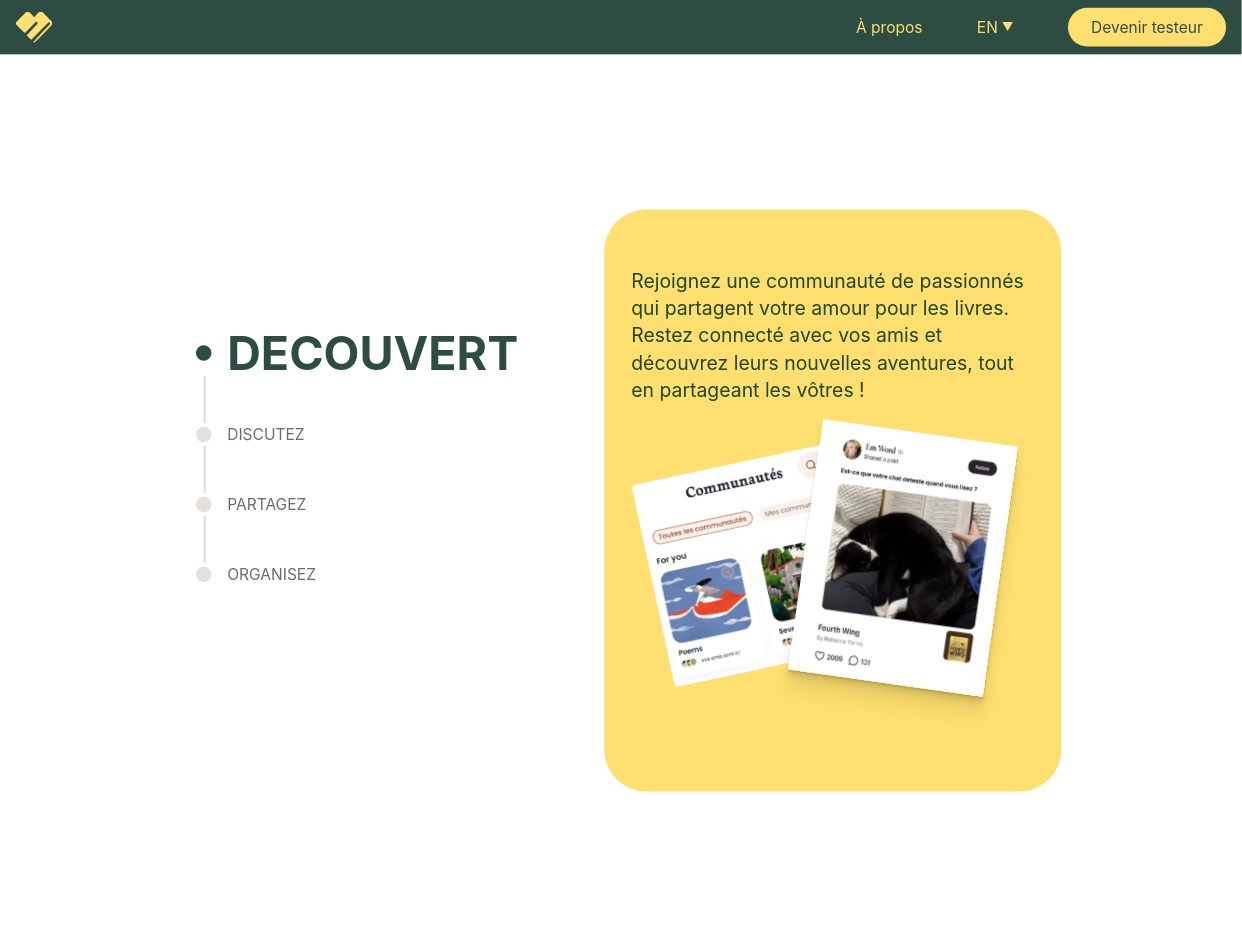
Repository: enas-elm/bookish-landing
Page: /
An editor plug-in stored every save of this project. The page is shown before and after the next save, followed by the edit.
The browser window is 1280 px wide. The pictures show the whole page, at 97% of full size.
The project was rebuilt for these pictures with package versions that can differ from the ones it lists, and the page was loaded fresh each time.

Above is the page before, as saved 2024-09-12 11:24:55.

### src/index.css
@tailwind base;
@tailwind components;
@tailwind utilities;

body {
  margin: 0;
  font-family: -apple-system, BlinkMacSystemFont, 'Segoe UI', 'Roboto', 'Oxygen',
    'Ubuntu', 'Cantarell', 'Fira Sans', 'Droid Sans', 'Helvetica Neue',
    sans-serif;
  -webkit-font-smoothing: antialiased;
  -moz-osx-font-smoothing: grayscale;
}

code {
  font-family: source-code-pro, Menlo, Monaco, Consolas, 'Courier New',
    monospace;
}

@layer base {
  @font-face {
      font-family: 'DM Sans Italic';
      src: url('../public/font/DMSans-VariableFont_opsz,wght.ttf') format('truetype');
      font-weight: 100 900;
       font-style: italic;
  }
  @font-face {
        font-family: "Passion One";
        src: url('../public/font/PassionOne-Regular.ttf') format('truetype');
        font-weight: normal;
        font-style: normal;
    }
    @font-face {
            font-family: "DM Display";
            src: url('../public/font/DMSerifDisplay-Regular.ttf') format('truetype');
            font-weight: normal;
            font-style: normal;
        }
    @font-face {
                font-family: "Inter";
                src: url('../public/font/Inter-VariableFont_opsz,wght.ttf') format('truetype');
                font-weight: 700;
            }
}

### src/App.js
import "./App.css";
import Navbar from "./components/Navbar";
import "./index.css";
import TimeLine from "./components/TimeLine";

function App() {
  return (
    <div className="App">
      <header className="header">
        <Navbar />
      </header>
      <TimeLine />
    </div>
  );
}

export default App;

### src/components/Navbar.js
import React, { useState, useRef, useEffect } from 'react'

const Navbar = () => {
  const [language, setLanguage] = useState('EN')
  const [dropdownOpen, setDropdownOpen] = useState(false)
  const dropdownRef = useRef(null)

  const toggleDropdown = () => {
    setDropdownOpen(!dropdownOpen)
  };

  const selectLanguage = (lang) => {
    setLanguage(lang)
    setDropdownOpen(false)
  };

  useEffect(() => {
    const handleClickOutside = (event) => {
      if (dropdownRef.current && !dropdownRef.current.contains(event.target)) {
        setDropdownOpen(false)
      }
    };
    document.addEventListener('mousedown', handleClickOutside)
    return () => {
      document.removeEventListener('mousedown', handleClickOutside)
    };
  }, [])

  return (
    <nav className="w-full bg-green px-4 py-2 flex justify-between items-center">
      <div className="flex-shrink-0">
        <img src="/Vector-jaune.svg" alt="Bookish" className="h-8" />
      </div>

      <div className="flex items-center gap-5 justify-end space-x-6">
        <a href="/about" className="hover:underline text-yellow">
          À propos
        </a>
        <div className="relative" ref={dropdownRef}>
          <button
            className="bg-transparent text-yellow px-3 py-1 focus:outline-none flex items-center gap-1"
            onClick={toggleDropdown}
          >
            {language} <span className="text-xs">▼</span>
          </button>

          {dropdownOpen && (
            <div className="absolute right-0 mt-2 py-2 w-32 bg-white text-black rounded-md shadow-lg z-10">
              <button
                className={`block w-full text-left px-4 py-2 hover:bg-gris ${language === 'EN' ? 'bg-gris' : ''}`}
                onClick={() => selectLanguage('EN')}
              >
                EN
              </button>
              <button
                className={`block w-full text-left px-4 py-2 hover:bg-gris ${language === 'FR' ? 'bg-gris' : ''}`}
                onClick={() => selectLanguage('FR')}
              >
                FR
              </button>
            </div>
          )}
        </div>

        <button className="bg-yellow text-green px-6 py-2 rounded-full hover:bg-yellow-500 hover:scale-105 hover:shadow-lg transition transform duration-300 ease-in-out">
          Devenir testeur
        </button>
      </div>
    </nav>
  )
}

export default Navbar

### src/components/TimeLine.js
import React, { useState } from "react";

const menuItems = [
  {
    id: 1,
    label: "DECOUVERT",
    description:
      "Rejoignez une communauté de passionnés qui partagent votre amour pour les livres. Restez connecté avec vos amis et découvrez leurs nouvelles aventures, tout en partageant les vôtres !",
    color: "#FEDF6F",
    imageUrl: "/decouvrez.svg",
    colorText: "#1C471F",
  },
  {
    id: 2,
    label: "DISCUTEZ",
    description:
      "Rejoignez des clubs ou partagez des messages avec d'autres fans de livres ou d'autres passionnés.",
    color: "#8EBDAF",
    imageUrl: "/discutez.svg",
    colorText: "#FFFFFF",
  },
  {
    id: 3,
    label: "PARTAGEZ",
    description:
      "Partagez vos listes de lecture avec une communauté de lecteurs tout aussi curieux que vous. Donnez votre avis sur les livres qui vous ont marqué ou déçu, et inspirez les autres à découvrir de nouvelles histoires.",
    color: "#FEDF6F",
    imageUrl: "/Screenshot-1.png",
    colorText: "#1C471F",
  },
  {
    id: 4,
    label: "ORGANISEZ",
    description:
      "Organisez vos lectures en créant des listes personnalisées qui vous ressemblent. Rejoignez des clubs de lecture pour échanger et découvrir de nouveaux horizons littéraires avec d'autres passionnés.",
    color: "#55917E",
    imageUrl: "/Screenshot-2.png",
    colorText: "#FFFFFF",
  },
];

function TimelineMenu() {
  // Initialiser avec le premier élément (DECOUVERT)
  const [selectedItem, setSelectedItem] = useState(menuItems[0]);

  const handleClick = (item) => {
    setSelectedItem(item);
  };

  return (
    <div className="p-40 lg:flex lg:flex-row lg:justify-around lg:items-center">
      {/* Menu Items */}
      <div className="w-96 h-96 flex flex-col items-start p-4">
        {menuItems.map((item, index) => (
          <div key={item.id} className="flex flex-col items-start">
            {/* Timeline Item */}
            <div
              onClick={() => handleClick(item)}
              className={`flex items-center cursor-pointer transition-colors mb-4 ${
                selectedItem?.id === item.id ? "text-green " : "text-gray-700"
              }`}
            >
              <div
                className={`w-4 h-4 rounded-full border-2 mr-4 transition-colors ${
                  selectedItem?.id === item.id
                    ? "bg-green"
                    : "bg-gris border-gris"
                }`}
              ></div>
              <span
                className={`transition-transform duration-300 text-3xl ${
                  selectedItem?.id === item.id
                    ? "text-5xl font-bold "
                    : "text-base text-noirClair text-4xl"
                }`}
              >
                {item.label}
              </span>
            </div>
            {/* Vertical Line */}
            {index < menuItems.length - 1 && (
              <div
                className={`h-12 bg-gris -mt-4 border-gris border-l-2 ml-2 transition-colors ${
                  selectedItem?.id === item.id
                    ? "border-blue-500"
                    : "border-gray-400"
                }`}
              ></div>
            )}
          </div>
        ))}
      </div>

      {/* Details Section */}
      <div
        className="w-471 h-611 flex  flex-col justify-center items-center p-7 rounded-[43px]"
        style={{
          backgroundColor: selectedItem ? selectedItem.color : "#ffffff",
        }}
      >
        {selectedItem ? (
          <>
            <p
              className="text-xl text-left"
              style={{
                color: selectedItem ? selectedItem.colorText : "#ffffff",
              }}
            >
              {selectedItem.description}{" "}
            </p>
            <img
              src={selectedItem.imageUrl}
              alt={selectedItem.label}
              className="mt-4"
            />
          </>
        ) : (
          <p>Bonjour</p>
        )}
      </div>
    </div>
  );
}

export default TimelineMenu;

### tailwind.config.js
/** @type {import('tailwindcss').Config} */
module.exports = {
  content: ["./src/**/*.{js,jsx,ts,tsx}"],
  theme: {
    colors: {
      green: "#2D4D43",
      greenlight: "#8EBDAF",
      white: "#FAFAFA",
      beige: "#D8CCB5",
      black: "#131313",
      gris: "#E4E0DE",
      "gris-foncé": "#1B1E28",
      yellow: "#FEDF6F",
      noirClair: "#686C74",
    },

    fontFamily: {
      "dm-sans-italic": ['"DM Sans Italic"', "sans-serif"],
      "passion-one": ["PassionOne-Regular"],
      "dm-display": ["DMSerifDisplay-Regular"],
      inter: ["Inter"],
    },
    extend: {
      width: {
        471: "471px",
      },
      height: {
        611: "600px",
      },
    },
  },
  plugins: [],
};

Loaded but not shown: public/index.html (common file); src/index.js (common file); src/reportWebVitals.js (common file); src/App.css (common file)

After the next save:
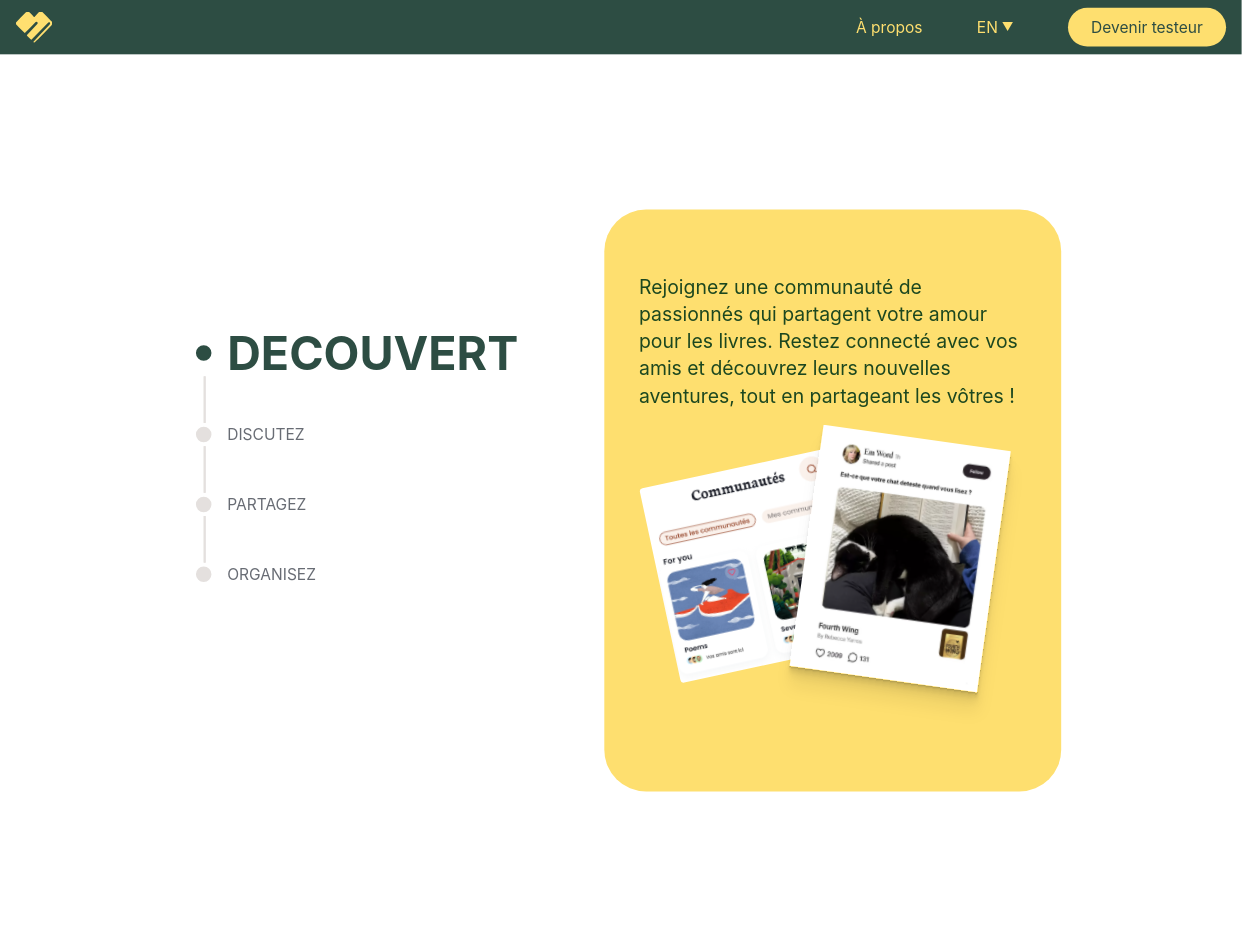
Saved 6 min 35 s later.
--- a/src/components/TimeLine.js
+++ b/src/components/TimeLine.js
@@ -93,7 +93,7 @@ function TimelineMenu() {
 
       {/* Details Section */}
       <div
-        className="w-471 h-611 flex  flex-col justify-center items-center p-7 rounded-[43px]"
+        className="w-471 h-611 flex  flex-col justify-center items-center p-9 rounded-[43px]"
         style={{
           backgroundColor: selectedItem ? selectedItem.color : "#ffffff",
         }}
